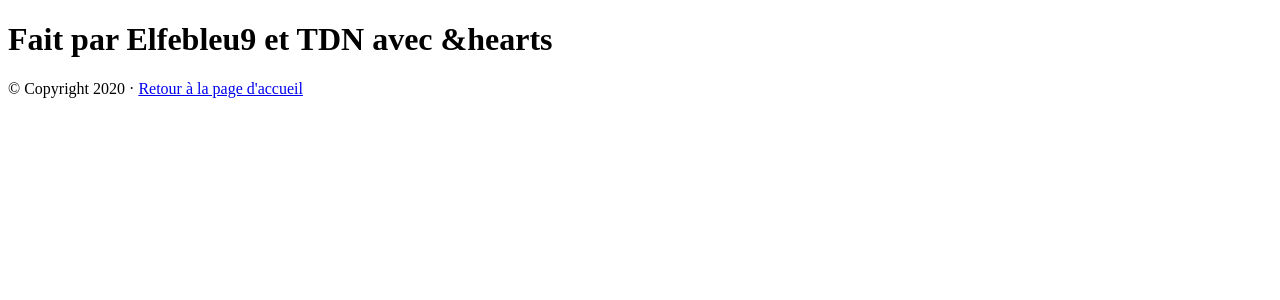
Repository: Elfebleu9/hello_city
Page: templates/pages/about.html.twig
These files come from the project's save history. The page is drawn as it stood at one moment and after the next save; the edit follows.
The browser window is 1280 px wide. The pictures show the whole page.
The page is a Twig template of a Symfony application; nobody is signed in and links lead nowhere. The template is opened directly, without the code that normally fills it, so the values that code supplies are empty.

Above is the page before, as saved 2020-07-11 18:19:16.

After the next save:
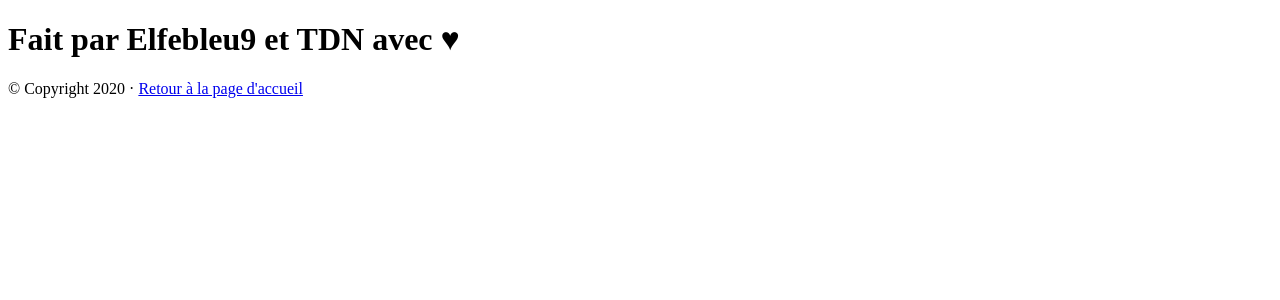
Saved 56 s later.
--- a/templates/pages/about.html.twig
+++ b/templates/pages/about.html.twig
@@ -1,7 +1,7 @@
 {% extends 'base.html.twig' %}
  {% block title 'About Us | '~ parent() %}
  {% block body %}
-    <h1>Fait par Elfebleu9 et TDN avec &hearts</h1>
+    <h1>Fait par Elfebleu9 et TDN avec &hearts;</h1>
     <footer>
         <p>
             &copy; Copyright {{'now'|date('Y')}}
